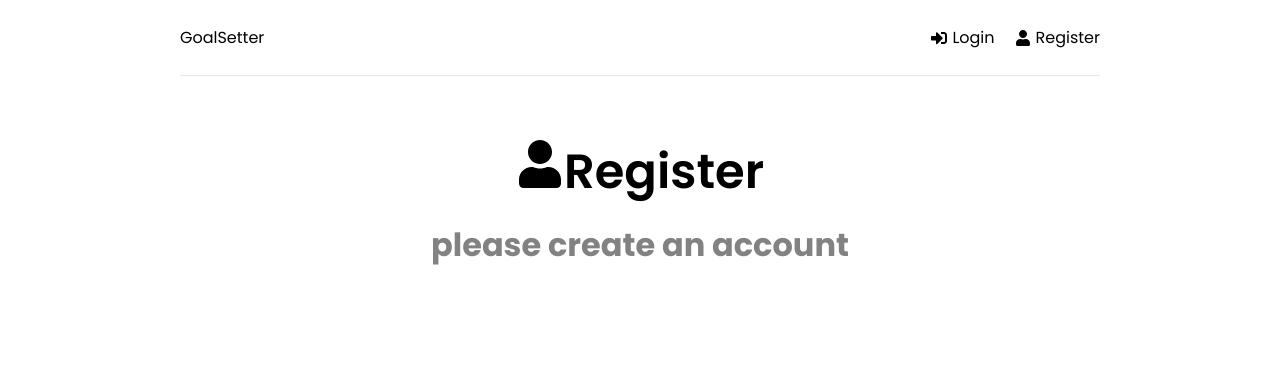
Repository: Shanshan67/React_Node_mongodb
Page: /register (app in frontend/)
The author's editor kept a copy of each file at every save. The page is drawn from the files as they stood at one save, then again after the next save.
The browser window is 1280 px wide. The pictures show the whole page.
The project was rebuilt for these pictures with package versions that can differ from the ones it lists, and the page was loaded fresh each time. Also part of the build but not shown: frontend/src/pages/Dashboard.jsx, frontend/src/pages/Login.jsx.

Above is the page before, as saved 2023-01-25 22:18:02.

### frontend/src/App.js
import {BrowserRouter as Router, Routes, Route} from 'react-router-dom'
import Header from './components/Header';
import Dashboard from './pages/Dashboard';
import Login from './pages/Login';
import Register from './pages/Register';

function App() {
  return (
    <>
      <Router>
        <div className='container'>
          <Header/>
          <Routes>
            <Route path='/' element={<Dashboard/>}/>
            <Route path='login' element={<Login/>}/>
            <Route path='/register' element={<Register/>}/>
          </Routes>
        </div>
      </Router>
    </>
  );
}

export default App;

### frontend/src/components/Header.jsx
import {FaSignInAlt, FaSignOutAlt, FaUser} from 'react-icons/fa'
import {Link} from 'react-router-dom'

function Header() {
    return (
        <header className='header'>
            <div className="logo">
                <Link to='/'>GoalSetter</Link>
            </div>
            <ul>
                <li>
                    <Link to='/login'>
                        <FaSignInAlt />Login
                    </Link>
                </li>
                <li>
                    <Link to='/register'>
                        <FaUser />Register
                    </Link>
                </li>
            </ul>
        </header>
    )
}

export default Header

### frontend/src/pages/Register.jsx
import {useState, useEffect} from 'react'
import {FaUser} from 'react-icons/fa'

function Register() {
  const [formData, setFormData] = useState({
    name:'',
    email:'',
    password:'',
    password2:'',
  })
  const {name,email,password,password2} = formData
  return (
    <div>
      <section className="heading">
        <h1>
          <FaUser/>Register
        </h1>
        <p>please create an account</p>
      </section>
      <section className='form'>
        <form>

        </form>
      </section>
    </div>
  )
}

export default Register

Loaded but not shown: frontend/public/index.html (common file); frontend/src/index.js (common file); frontend/src/app/store.js (common file); frontend/src/reportWebVitals.js (common file); frontend/src/index.css (common file)

After the next save:
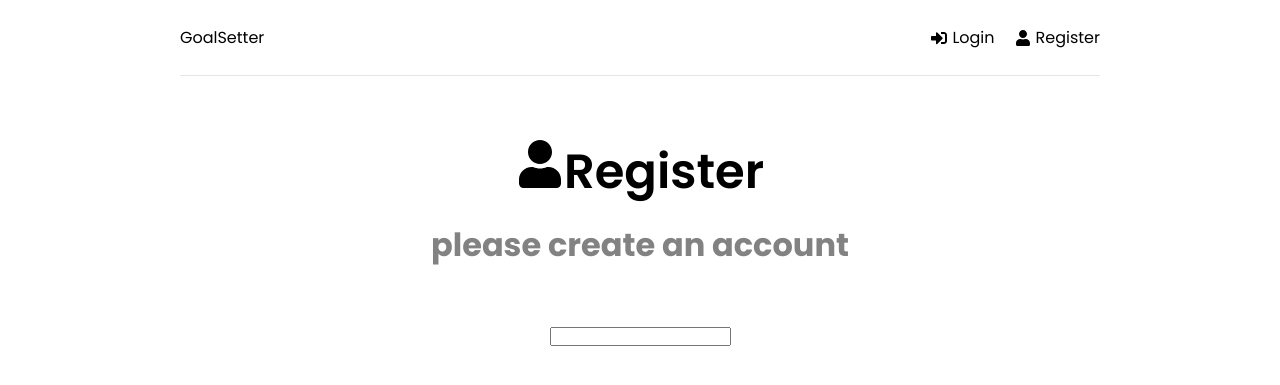
Saved 8 s later.
--- a/frontend/src/pages/Register.jsx
+++ b/frontend/src/pages/Register.jsx
@@ -19,7 +19,7 @@ function Register() {
       </section>
       <section className='form'>
         <form>
-
+          <input type="text" />
         </form>
       </section>
     </div>
